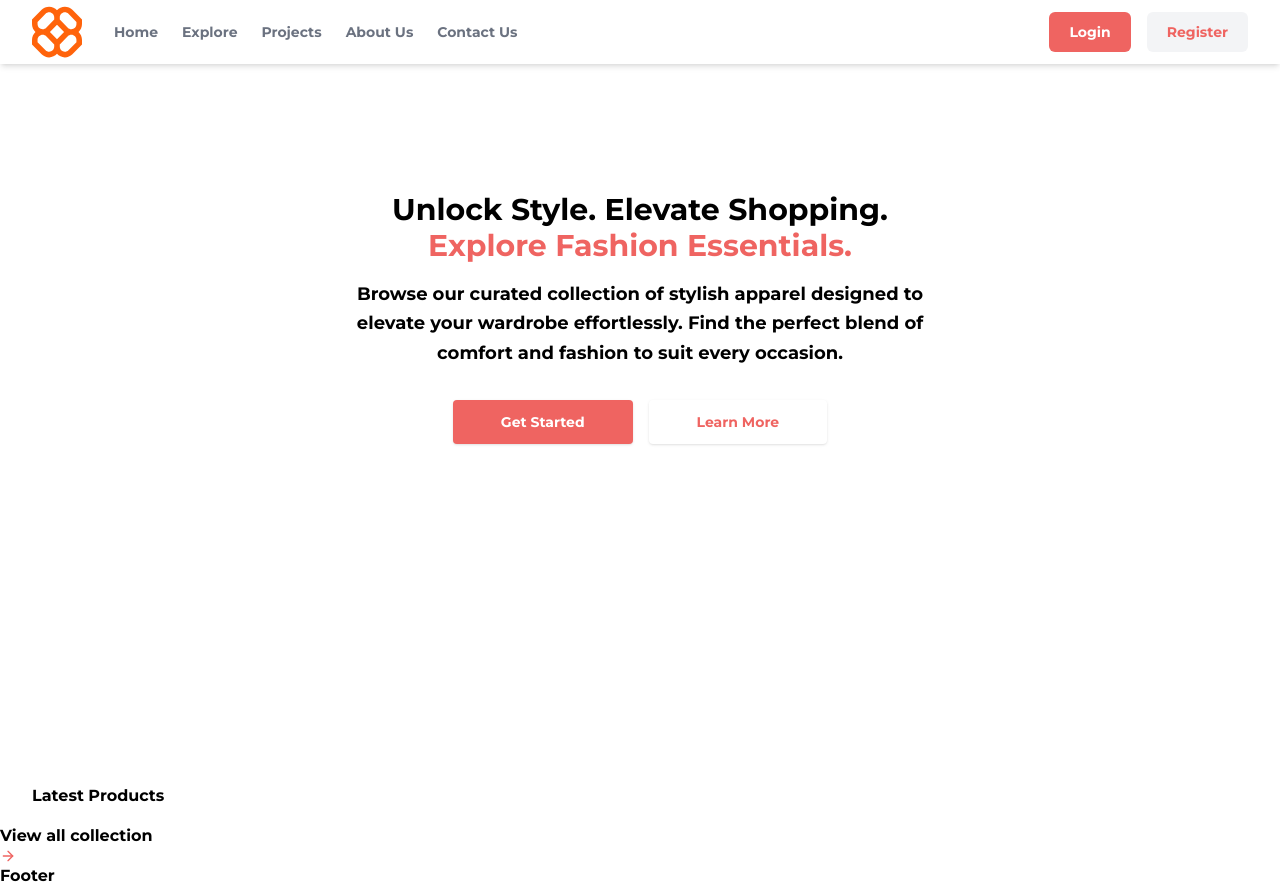
Repository: YahiaSala7/E-commerce-Project
Page: / (app in ecommerce/)
An editor plug-in stored every save of this project. The page is shown before and after the next save, followed by the edit.
The browser window is 1280 px wide. The pictures show the whole page.
The page's requests for data from a server got no answer. The project was rebuilt for these pictures with package versions that can differ from the ones it lists, and the page was loaded fresh each time. The framework's server and built-in components were replaced by stand-ins that run in the browser. No one was signed in, and anything a server would have sent is missing. Also part of the build but not shown: ecommerce/next.config.mjs, ecommerce/app/_Components/ProductItem.jsx.

Above is the page before, as saved 2024-07-26 02:08:38.

### ecommerce/app/layout.js
import { Montserrat } from "next/font/google";
import "./globals.css";
import Header from "./_Components/Header";
import Footer from "./_Components/Footer";

const inter = Montserrat({ subsets: ["latin"], weight: "700" });

export const metadata = {
  title: "Create Next App",
  description: "Generated by create next app",
};

export default function RootLayout({ children }) {
  return (
    <html lang="en">
      <body className={inter.className}>
        <Header />
        {children}
        <Footer />
      </body>
    </html>
  );
}

### ecommerce/app/page.js
import Image from "next/image";
import Hero from "./_Components/Hero";
import ProductsSection from "./_Components/ProductsSection";

export default function Home() {
  return (
    <div className="home">
      <Hero />
      <ProductsSection />
    </div>
  );
}

### ecommerce/app/globals.css
@tailwind base;
@tailwind components;
@tailwind utilities;

:root {
  /* --foreground-rgb: 0, 0, 0; */
  /* --background-start-rgb: 214, 219, 220;
  --background-end-rgb: 255, 255, 255; */
}

@media (prefers-color-scheme: dark) {
  :root {
    /* --foreground-rgb: 0, 0, 0; */
    /* --background-start-rgb: 0, 0, 0;
    --background-end-rgb: 0, 0, 0; */
  }
}

body {
  color: rgb(var(--foreground-rgb));
  background: linear-gradient(
      to bottom,
      transparent,
      rgb(var(--background-end-rgb))
    )
    rgb(var(--background-start-rgb));
}

@layer utilities {
  .text-balance {
    text-wrap: balance;
  }
}

### ecommerce/app/_Components/Header.jsx
import React from "react";
function Header() {
  return (
    <header className="bg-white shadow-md">
      <div className=" flex h-16 max-w-screen-xl items-center gap-8 container mx-auto px-4 sm:px-6 lg:px-8">
        <img src="/logo.svg" width={"50px"} height={"50px"} />

        <div className="flex flex-1 items-center justify-end md:justify-between">
          <nav aria-label="Global" className="hidden md:block">
            <ul className="flex items-center gap-6 text-sm">
              <li>
                <a
                  className="text-gray-500 transition hover:text-gray-500/75"
                  href="#">
                  {" "}
                  Home{" "}
                </a>
              </li>

              <li>
                <a
                  className="text-gray-500 transition hover:text-gray-500/75"
                  href="#">
                  {" "}
                  Explore{" "}
                </a>
              </li>

              <li>
                <a
                  className="text-gray-500 transition hover:text-gray-500/75"
                  href="#">
                  {" "}
                  Projects{" "}
                </a>
              </li>

              <li>
                <a
                  className="text-gray-500 transition hover:text-gray-500/75"
                  href="#">
                  {" "}
                  About Us{" "}
                </a>
              </li>

              <li>
                <a
                  className="text-gray-500 transition hover:text-gray-500/75"
                  href="#">
                  {" "}
                  Contact Us{" "}
                </a>
              </li>
            </ul>
          </nav>

          <div className="flex items-center gap-4">
            <div className="sm:flex sm:gap-4">
              <a
                className="block rounded-md bg-primary px-5 py-2.5 text-sm font-medium text-white transition hover:bg-secondary "
                href="#">
                Login
              </a>

              <a
                className="hidden rounded-md bg-gray-100 px-5 py-2.5 text-sm font-medium text-primary transition hover:text-secondary sm:block"
                href="#">
                Register
              </a>
            </div>

            <button className="block rounded bg-gray-100 p-2.5 text-gray-600 transition hover:text-gray-600/75 md:hidden">
              <span className="sr-only">Toggle menu</span>
              <svg
                xmlns="http://www.w3.org/2000/svg"
                className="h-5 w-5"
                fill="none"
                viewBox="0 0 24 24"
                stroke="currentColor"
                strokeWidth="2">
                <path
                  strokeLinecap="round"
                  strokeLinejoin="round"
                  d="M4 6h16M4 12h16M4 18h16"
                />
              </svg>
            </button>
          </div>
        </div>
      </div>
    </header>
  );
}

export default Header;

### ecommerce/app/_Components/Hero.jsx
import React from "react";

function Hero() {
  return (
    <section className="">
      <div className="mx-auto max-w-screen-xl px-4 py-32 lg:flex lg:h-screen">
        <div className="mx-auto max-w-xl text-center">
          <h1 className="text-2xl font-extrabold sm:text-3xl ">
            Unlock Style. Elevate Shopping.
            <strong className="font-extrabold text-primary sm:block">
              {" "}
              Explore Fashion Essentials.{" "}
            </strong>
          </h1>

          <p className="mt-4 sm:text-[18px]/relaxed">
            Browse our curated collection of stylish apparel designed to elevate
            your wardrobe effortlessly. Find the perfect blend of comfort and
            fashion to suit every occasion.
          </p>

          <div className="mt-8 flex flex-wrap justify-center gap-4">
            <a
              className="block w-full rounded bg-primary px-12 py-3 text-sm font-medium text-white shadow hover:bg-secondary focus:outline-none focus:ring active:bg-red-500 sm:w-auto"
              href="#">
              Get Started
            </a>

            <a
              className="block w-full rounded px-12 py-3 text-sm font-medium text-primary shadow hover:text-secondary focus:outline-none focus:ring active:text-red-500 sm:w-auto"
              href="#">
              Learn More
            </a>
          </div>
        </div>
      </div>
    </section>
  );
}

export default Hero;

### ecommerce/app/_Components/ProductsSection.jsx
import React from "react";
import LatestProducts from "./LatestProducts";
import { ArrowRight } from "lucide-react";

function ProductsSection() {
  return (
    <>
      <div className="latest-products">
        <h2 className="mx-auto px-4 sm:px-6 lg:px-8 pb-4">Latest Products</h2>
        <h4>
          View all collection <ArrowRight className="w-4 h-4 text-primary" />{" "}
        </h4>
        <LatestProducts />
      </div>
    </>
  );
}

export default ProductsSection;

### ecommerce/app/_Components/LatestProducts.jsx
"use client";
import React, { useEffect, useState } from "react";
import ProdcutApis from "../_utils/ProdcutApis";
import ProductItem from "./ProductItem";

function LatestProducts() {
  const [latestProducts, setLatestProducts] = useState([]);
  useEffect(() => {
    getLatestProducts_();
  }, []);
  const getLatestProducts_ = () => {
    ProdcutApis.getLatestProducts().then((res) => {
      setLatestProducts(res.data.data);
    });
  };

  return (
    <div className="grid grid-cols-2 sm:grid-col-3 md:grid-cols-4 gap-3 mx-auto px-4 sm:px-6 lg:px-8">
      {latestProducts?.map((product) => (
        <ProductItem key={product.id} product={product} />
      ))}
    </div>
  );
}

export default LatestProducts;

### ecommerce/app/_utils/ProdcutApis.js
const { default: dataFetching } = require("./dataFetching");

const getLatestProducts = () => dataFetching.get("/products?populate=*");

export default {
  getLatestProducts,
};

### ecommerce/app/_utils/dataFetching.js
const { default: axios } = require("axios");

const apiKey = process.env.NEXT_PUBLIC_REST_API_KEY;
const baseUrl = "http://localhost:1337/api";

const dataFetching = axios.create({
  baseURL: baseUrl,
  headers: {
    Authorization: `Bearer ${apiKey}`,
  },
});

export default dataFetching;

### ecommerce/tailwind.config.js
/** @type {import('tailwindcss').Config} */
module.exports = {
  content: [
    "./pages/**/*.{js,ts,jsx,tsx,mdx}",
    "./components/**/*.{js,ts,jsx,tsx,mdx}",
    "./app/**/*.{js,ts,jsx,tsx,mdx}",
  ],
  theme: {
    extend: {
      backgroundImage: {
        "gradient-radial": "radial-gradient(var(--tw-gradient-stops))",
        "gradient-conic":
          "conic-gradient(from 180deg at 50% 50%, var(--tw-gradient-stops))",
      },
      colors: {
        primary: "#EF6461",
        secondary: " #B83D3A",
      },
    },
  },
  plugins: [],
};

Loaded but not shown: ecommerce/app/_Components/Footer.jsx (common file)

After the next save:
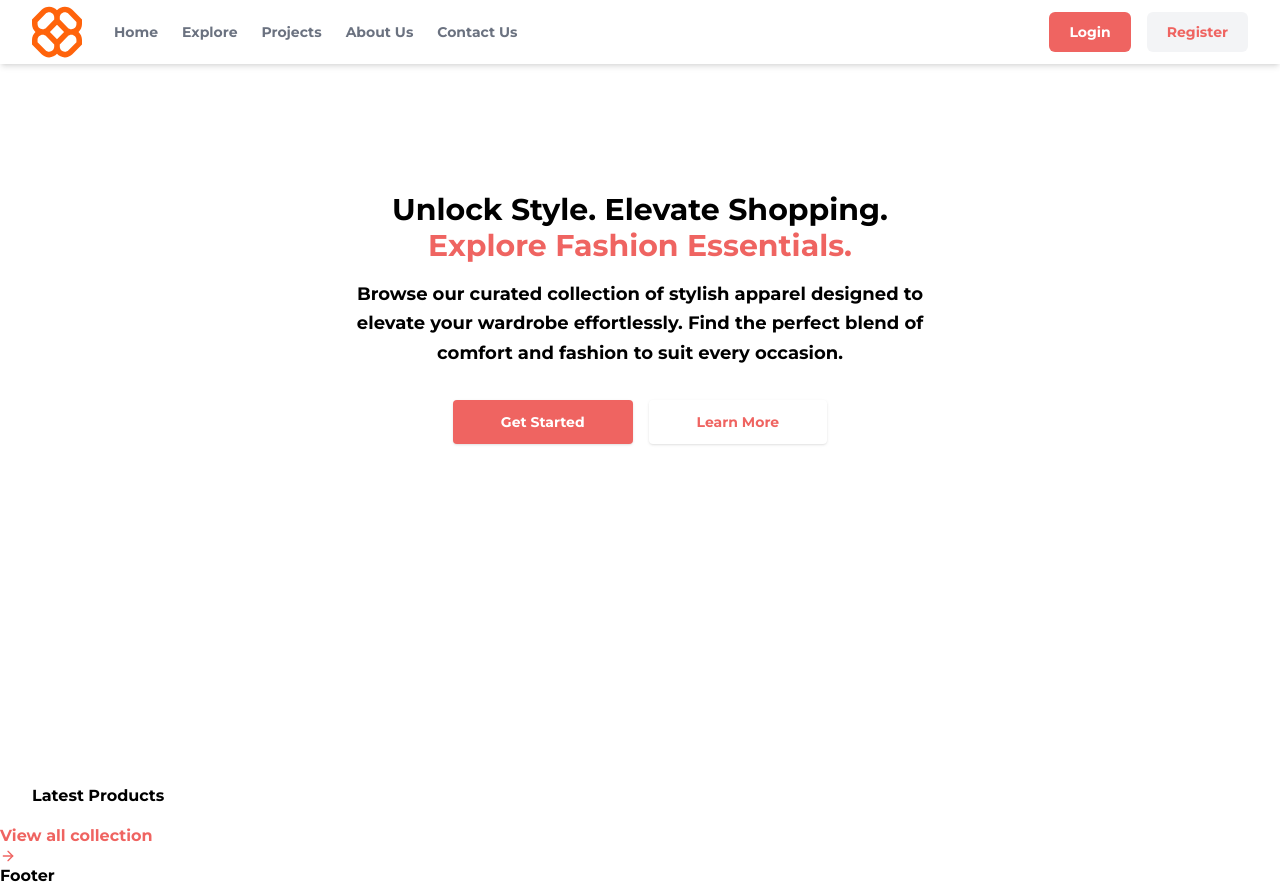
Saved 14 s later.
--- a/ecommerce/app/_Components/ProductsSection.jsx
+++ b/ecommerce/app/_Components/ProductsSection.jsx
@@ -7,7 +7,7 @@ function ProductsSection() {
     <>
       <div className="latest-products">
         <h2 className="mx-auto px-4 sm:px-6 lg:px-8 pb-4">Latest Products</h2>
-        <h4>
+        <h4 className="text-primary">
           View all collection <ArrowRight className="w-4 h-4 text-primary" />{" "}
         </h4>
         <LatestProducts />
